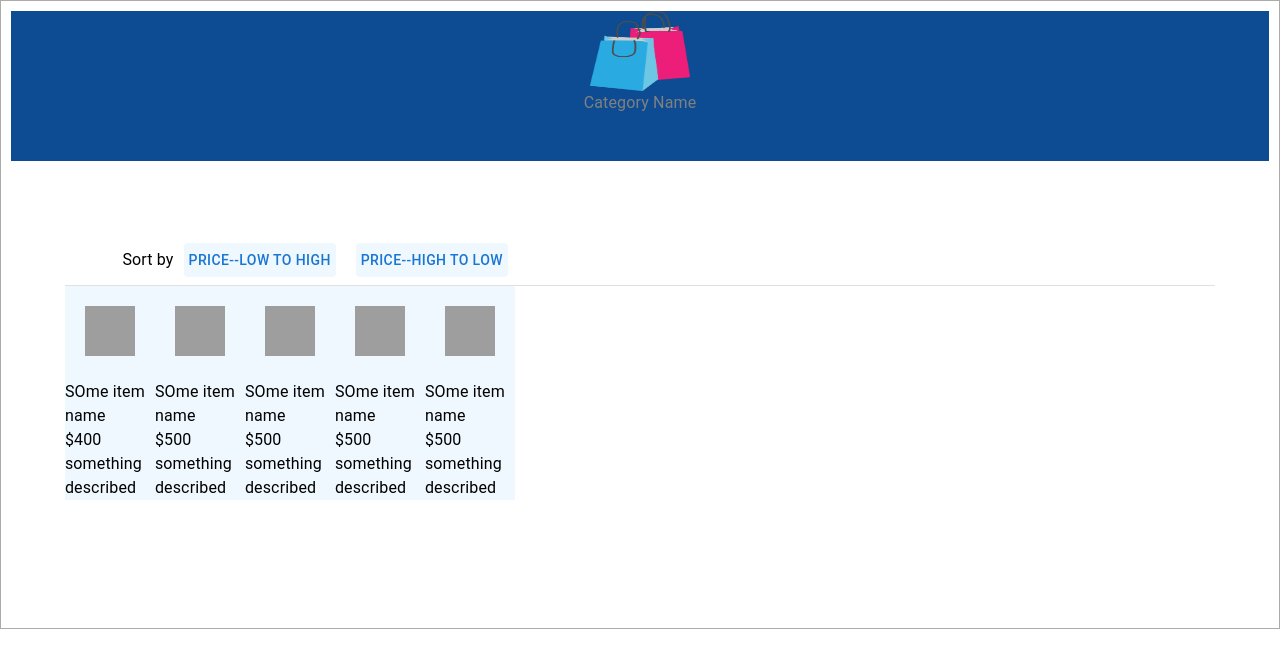
Repository: robin-fareye/reactjs-frontend-flipzone
Page: /
These files come from the project's save history. The page is drawn as it stood at one moment and after the next save; the edit follows.
The browser window is 1280 px wide. The pictures show the whole page.
Pictures or frames that could not be fetched are drawn as grey boxes. The project was rebuilt for these pictures with package versions that can differ from the ones it lists, and the page was loaded fresh each time. Also part of the build but not shown: src/App.css, src/component/auth/Login.css, src/api/Login.js, src/component/auth/Login.js, src/component/category/Category.js, src/component/header/Header.css, src/component/header/Header.js, src/component/helper/Slide.css and 7 more.

Above is the page before, as saved 2022-11-14 20:06:13.

After the next save:
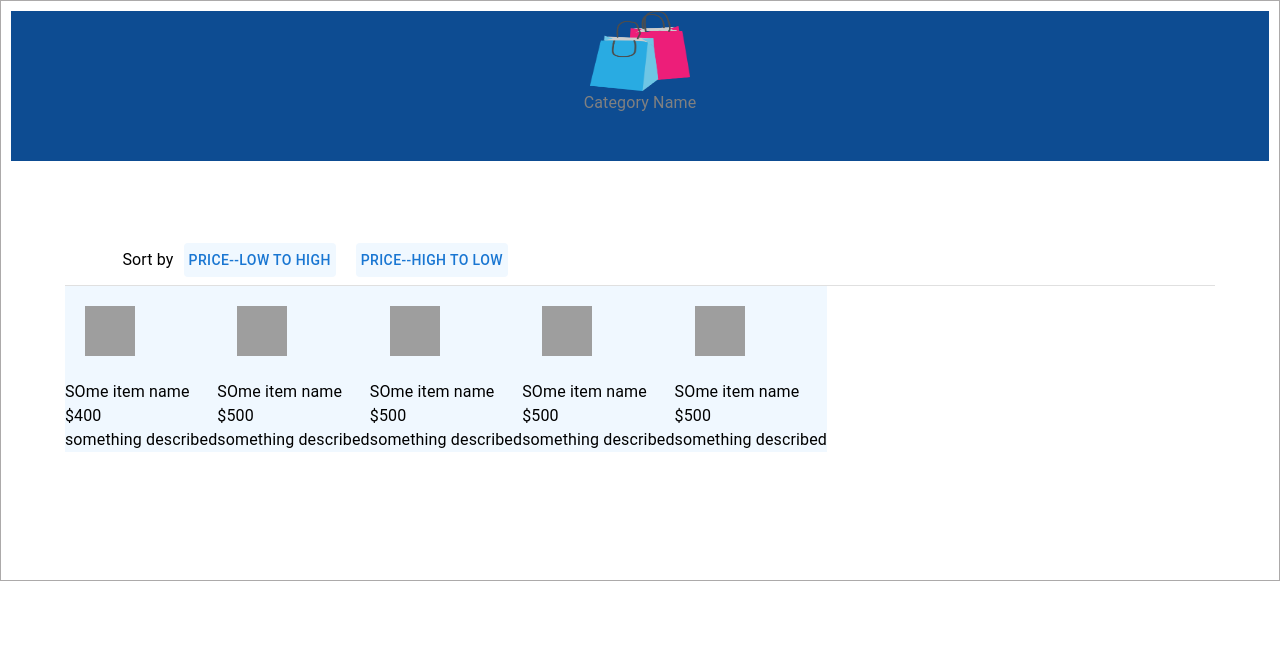
Saved 14 s later.
--- a/src/component/ProductCatalogue/ProductCatalouge.css
+++ b/src/component/ProductCatalogue/ProductCatalouge.css
@@ -52,8 +52,6 @@
 }
 .inner-body{
     display: flex;
-    height: 10%;
-    width: 10%;
 }
 .card-container{
     flex-direction: column;
